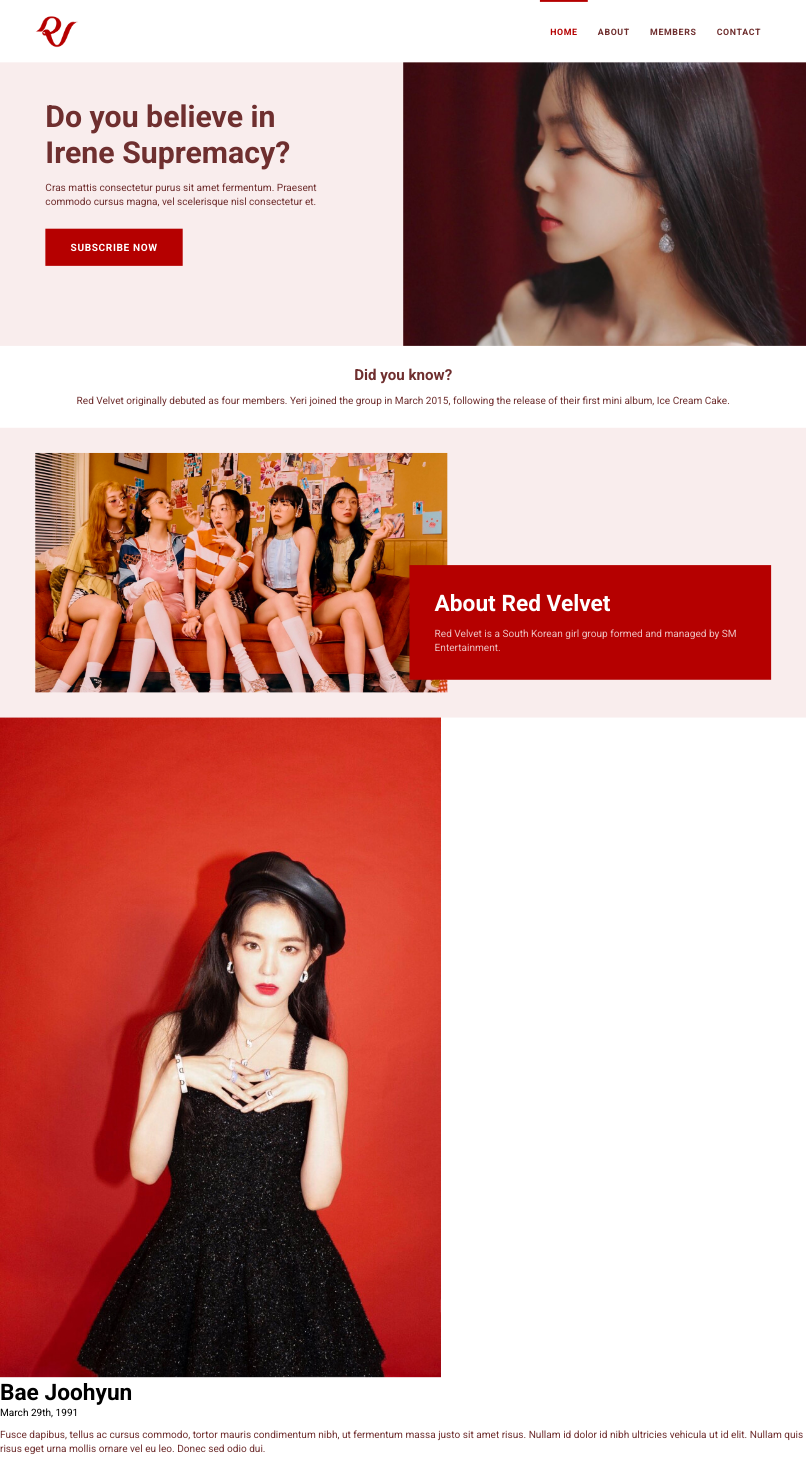
Repository: stillnotdavid/eternity-university
Page: app/index.html
These files come from the project's save history. The page is drawn as it stood at one moment and after the next save; the edit follows.
The browser window is 1280 px wide. The pictures show the whole page, at 63% of full size.
The style sheet was rebuilt from its Sass, Less or Tailwind sources for each picture, by a compiler version that may differ from the author's.

Above is the page before, as saved 2021-12-05 20:27:21.

After the next save:
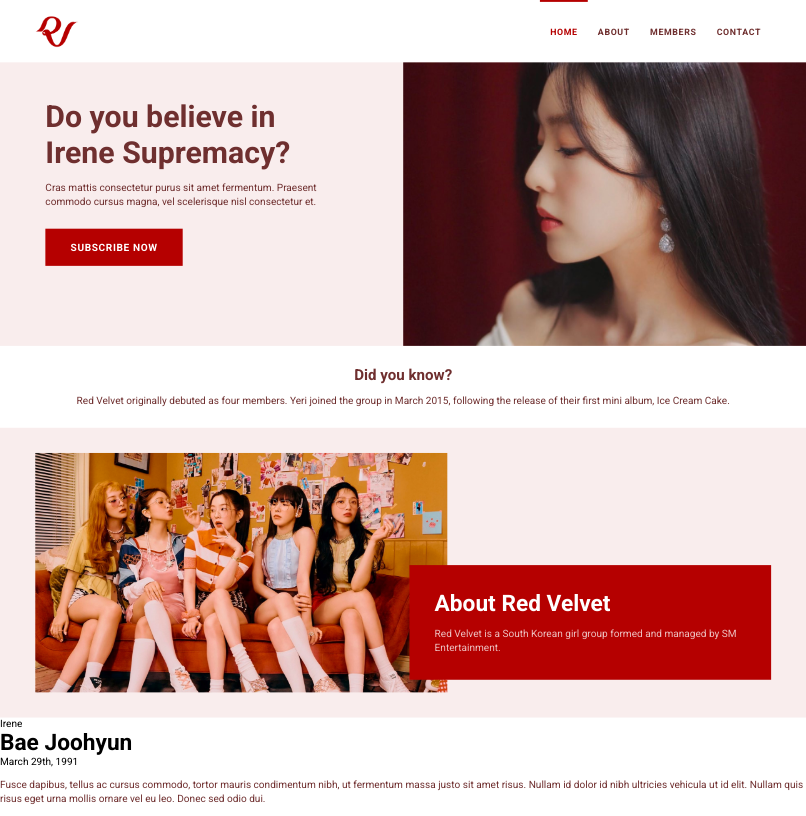
Saved 78 s later.
--- a/app/index.html
+++ b/app/index.html
@@ -78,7 +78,7 @@
   <section class="members">
     <div class="member member__irene">
       <div class="members__photo">
-        <img src="images/member__irene.jpeg" />
+        Irene
       </div>
       <div class="members__info">
         <h2>Bae Joohyun</h2>
